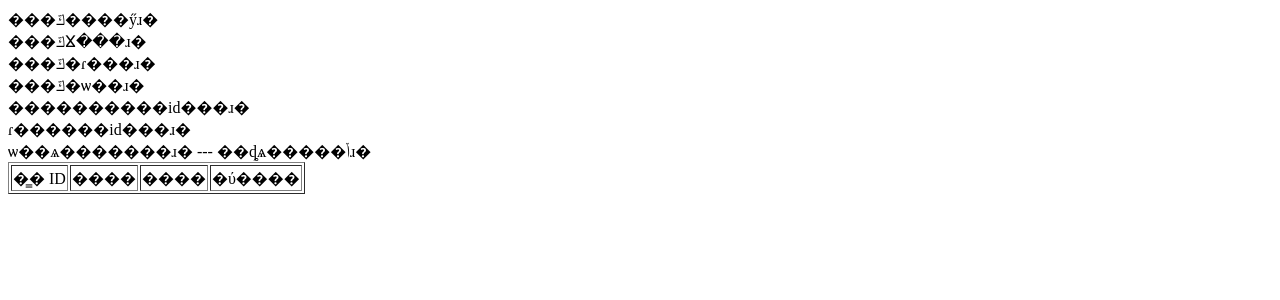
Repository: ZxxWs/P_M_learn
Page: http://localhost/
An editor plug-in stored every save of this project. The page is shown before and after the next save, followed by the edit.
The browser window is 1280 px wide. The pictures show the whole page.
The page is run by PHP 8.4 with error messages shown; the project is at /var/www/html/. Queries for data that is not in the repository find no rows.

Above is the page before, as saved 2019-03-13 09:57:42.

After the next save:
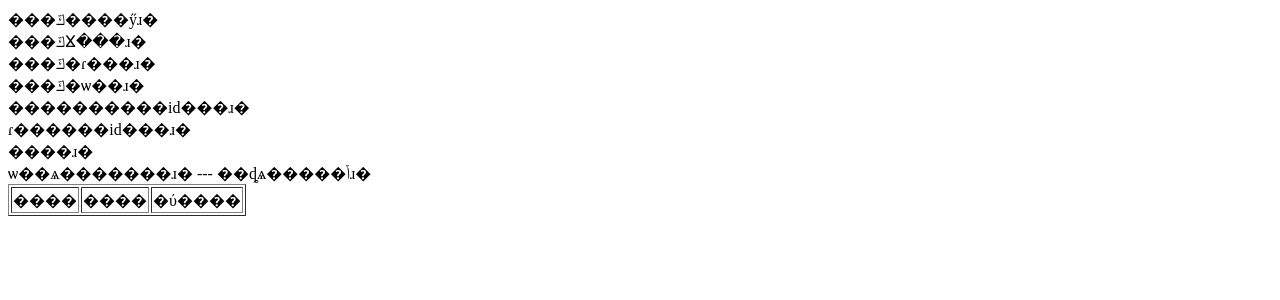
Saved 113 s later.
--- a/Mysql_learn/index.php
+++ b/Mysql_learn/index.php
@@ -71,7 +71,9 @@ echo "<br/>";
 
 //***********************
 // 设置编码，防止中文乱码
-mysqli_query($conn , "set names utf8");
+$setname=mysqli_query($conn , "set names utf8");
+if($setname)
+    echo "编码成功<br/>";
 //***********************
 //向表中插入数据————>students:name,num,class
 /*
@@ -99,7 +101,7 @@ $readendl=mysqli_query($conn, $readdata);
 if($readendl)
     echo "读取学生数据成功";
     echo "<br/>";
-echo '<table border="1"><tr><td>教程 ID</td><td>标题</td><td>作者</td><td>提交日期</td></tr>';
+echo '<table border="1"><td>标题</td><td>作者</td><td>提交日期</td></tr>';
 while($whilee=mysqli_fetch_array($readendl,MYSQLI_ASSOC)){
 
 
